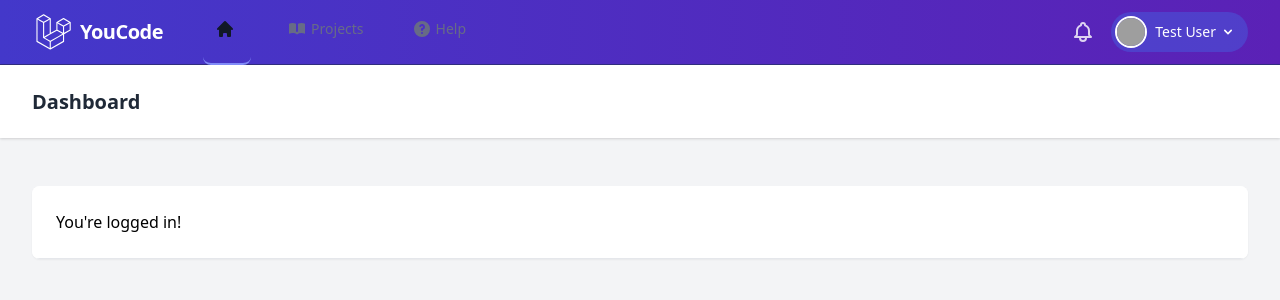
Repository: mohamedm999/Plateforme-de-Tests-d-Acceptation---YouCode-
Page: http://localhost/dashboard
An editor plug-in stored every save of this project. The page is shown before and after the next save, followed by the edit.
The browser window is 1280 px wide. The pictures show the whole page.
Pictures or frames that could not be fetched are drawn as grey boxes. The page is served by the project's Laravel application, run on PHP 8.4 with Laravel 8. A made-up administrator, Test User (test@example.com), is signed in.

Above is the page before, as saved 2025-02-26 15:32:12.

After the next save:
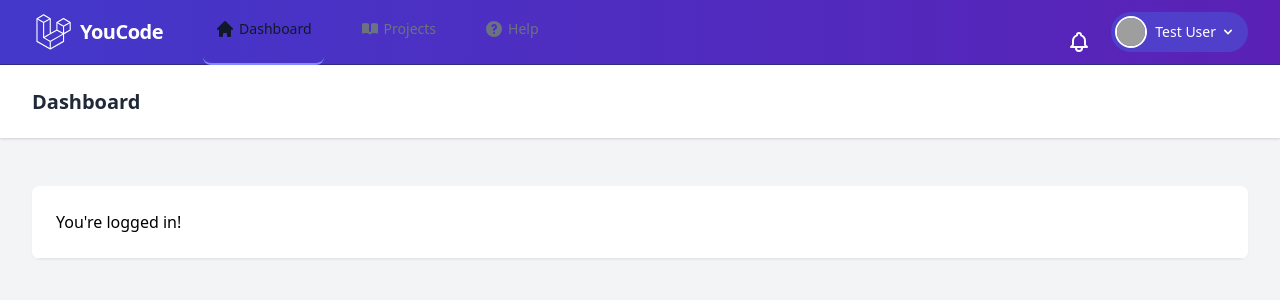
Saved 18 s later.
--- a/projet-evaluation/resources/views/layouts/navigation.blade.php
+++ b/projet-evaluation/resources/views/layouts/navigation.blade.php
@@ -15,21 +15,19 @@
                 <div class="hidden space-x-6 sm:-my-px sm:ml-10 sm:flex">
                     <x-nav-link :href="route('dashboard')" :active="request()->routeIs('dashboard')" class="text-white hover:text-indigo-100 font-medium px-3 py-2 rounded-lg hover:bg-indigo-600 transition-all duration-200">
                         <svg xmlns="http://www.w3.org/2000/svg" class="h-5 w-5 inline-block mr-1" viewBox="0 0 20 20" fill="currentColor">
-                        <svg xmlns="http://www.w3.org/2000/svg" class="h-5 w-5 inline-block mr-1" viewBox="0 0 20 20" fill="currentColor">
                             <path d="M10.707 2.293a1 1 0 00-1.414 0l-7 7a1 1 0 001.414 1.414L4 10.414V17a1 1 0 001 1h2a1 1 0 001-1v-2a1 1 0 011-1h2a1 1 0 011 1v2a1 1 0 001 1h2a1 1 0 001-1v-6.586l.293.293a1 1 0 001.414-1.414l-7-7z" />
                         </svg>
                         {{ __('Dashboard') }}
                     </x-nav-link>
 
-                    <!-- Add more navigation links as needed -->
-                    <x-nav-link href="#" class="text-white opacity-90 hover:opacity-100 font-medium px-3 py-2 rounded-md hover:bg-blue-500 transition-all duration-200">
+                    <x-nav-link href="#" class="text-white hover:text-indigo-100 font-medium px-3 py-2 rounded-lg hover:bg-indigo-600 transition-all duration-200">
                         <svg xmlns="http://www.w3.org/2000/svg" class="h-5 w-5 inline-block mr-1" viewBox="0 0 20 20" fill="currentColor">
                             <path d="M9 4.804A7.968 7.968 0 005.5 4c-1.255 0-2.443.29-3.5.804v10A7.969 7.969 0 015.5 14c1.669 0 3.218.51 4.5 1.385A7.962 7.962 0 0114.5 14c1.255 0 2.443.29 3.5.804v-10A7.968 7.968 0 0014.5 4c-1.255 0-2.443.29-3.5.804V12a1 1 0 11-2 0V4.804z" />
                         </svg>
                         {{ __('Projects') }}
                     </x-nav-link>
 
-                    <x-nav-link href="#" class="text-white opacity-90 hover:opacity-100 font-medium px-3 py-2 rounded-md hover:bg-blue-500 transition-all duration-200">
+                    <x-nav-link href="#" class="text-white hover:text-indigo-100 font-medium px-3 py-2 rounded-lg hover:bg-indigo-600 transition-all duration-200">
                         <svg xmlns="http://www.w3.org/2000/svg" class="h-5 w-5 inline-block mr-1" viewBox="0 0 20 20" fill="currentColor">
                             <path fill-rule="evenodd" d="M18 10a8 8 0 11-16 0 8 8 0 0116 0zm-8-3a1 1 0 00-.867.5 1 1 0 11-1.731-1A3 3 0 0113 8a3.001 3.001 0 01-2 2.83V11a1 1 0 11-2 0v-1a1 1 0 011-1 1 1 0 100-2zm0 8a1 1 0 100-2 1 1 0 000 2z" clip-rule="evenodd" />
                         </svg>
@@ -41,7 +39,9 @@
             <!-- Settings Dropdown -->
             <div class="hidden sm:flex sm:items-center sm:ml-6">
                 <!-- Notifications -->
-                <button class="p-1 rounded-full text-white opacity-80 hover:opacity-100 hover:bg-blue-500 focus:outline-none focus:ring-2 focus:ring-blue-300 transition-all duration-200 mr-3">
+                <button class="p-2 rounded-full text-white hover:bg-indigo-600 focus:outline-none focus:ring-2 focus:ring-white focus:ring-offset-2 focus:ring-offset-indigo-700 transition-all duration-200 mr-3 relative">
+                    <span class="sr-only">View notifications</span>
+                    <svg class="h-5 w-5" xmlns="http://www.w3.org/2000/svg" fill="none" viewBox="0 0 24 24" stroke="currentColor" aria-hidden="true">
                     <span class="sr-only">View notifications</span>
                     <svg class="h-6 w-6" xmlns="http://www.w3.org/2000/svg" fill="none" viewBox="0 0 24 24" stroke="currentColor" aria-hidden="true">
                         <path stroke-linecap="round" stroke-linejoin="round" stroke-width="2" d="M15 17h5l-1.405-1.405A2.032 2.032 0 0118 14.158V11a6.002 6.002 0 00-4-5.659V5a2 2 0 10-4 0v.341C7.67 6.165 6 8.388 6 11v3.159c0 .538-.214 1.055-.595 1.436L4 17h5m6 0v1a3 3 0 11-6 0v-1m6 0H9" />
